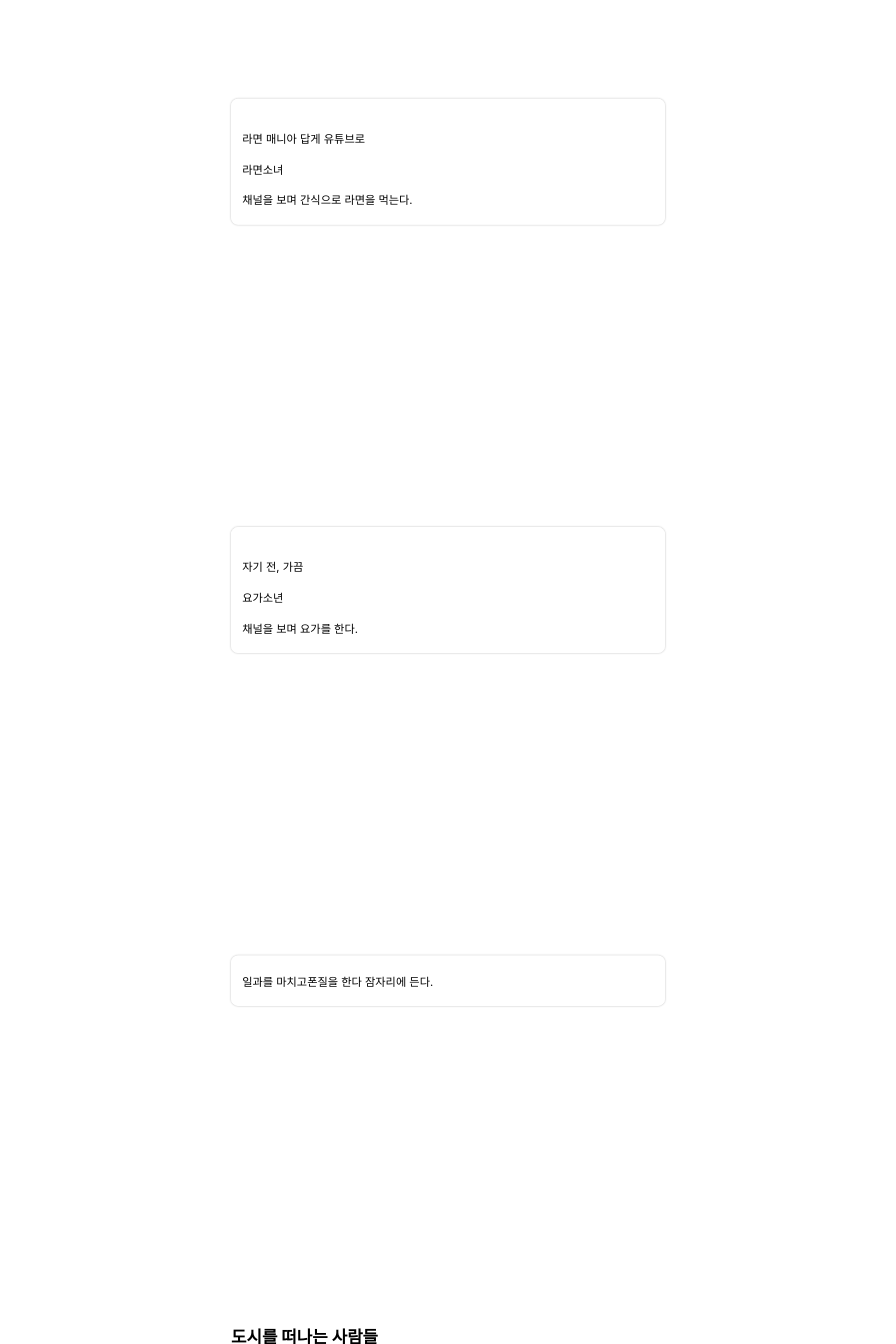
Repository: westone034626/ReactPractice
Page: /
The author's editor kept a copy of each file at every save. The page is drawn from the files as they stood at one save, then again after the next save.
The browser window is 1280 px wide. The pictures show the part of the page from y = 4580 to 6500 px (the page is 6950 px tall before and 7018 px after), at 70% of full size.
The project was rebuilt for these pictures with package versions that can differ from the ones it lists, and the page was loaded fresh each time. Also part of the build but not shown: src/App.css.

Above is the page before, as saved 2021-10-31 23:44:48.

After the next save:
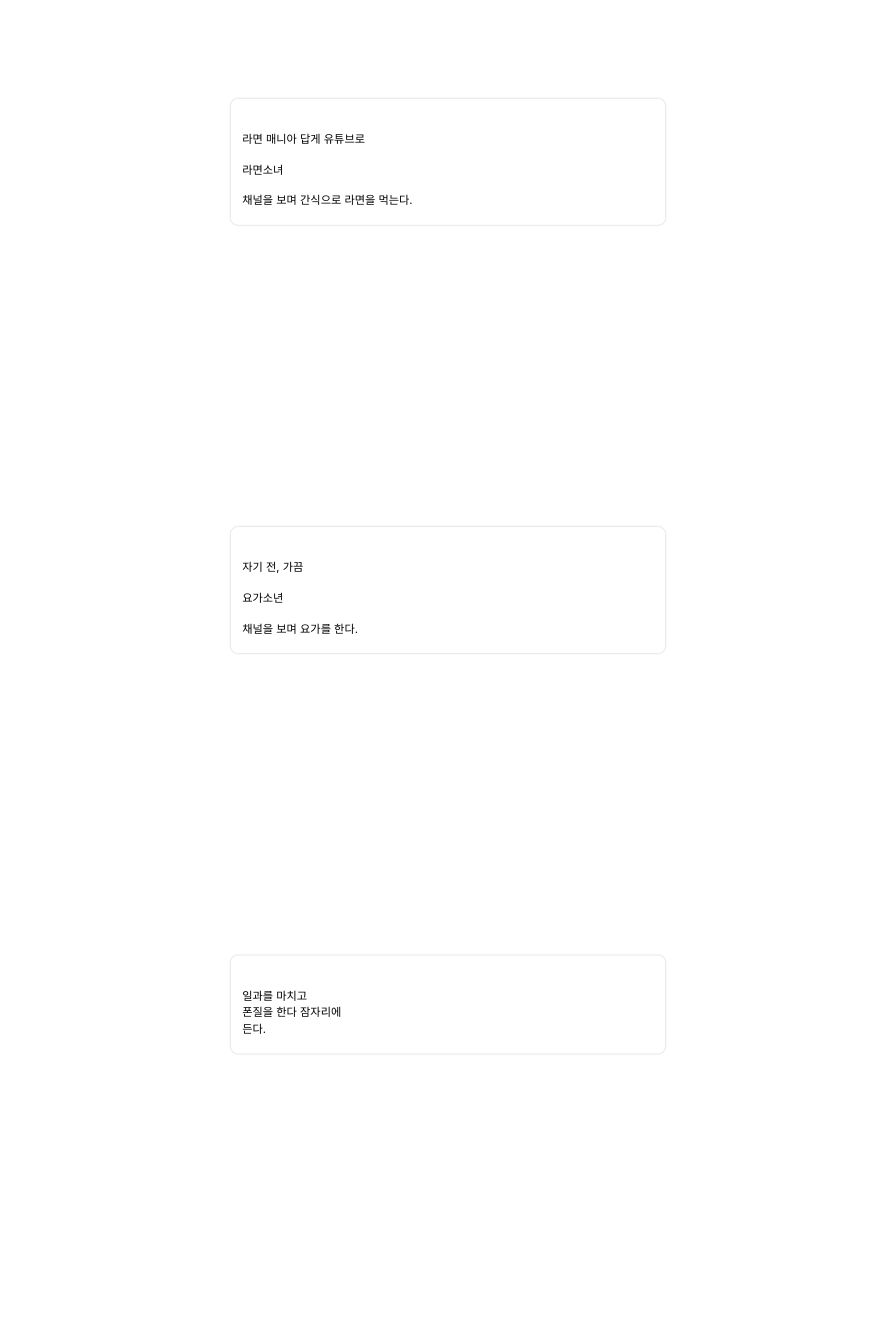
Saved 19 s later.
--- a/src/App.js
+++ b/src/App.js
@@ -131,10 +131,12 @@ function App() {
             </p>
           </div>
           <div className={styles.step}>
-            <p>
+            <p style={{ whiteSpace: 'pre-line' }}>
+              {`
               일과를 마치고
-              <span className={styles.strikethrough}>폰질을 한다</span> 잠자리에
+              폰질을 한다 잠자리에
               든다.
+              `}
             </p>
           </div>
         </div>
